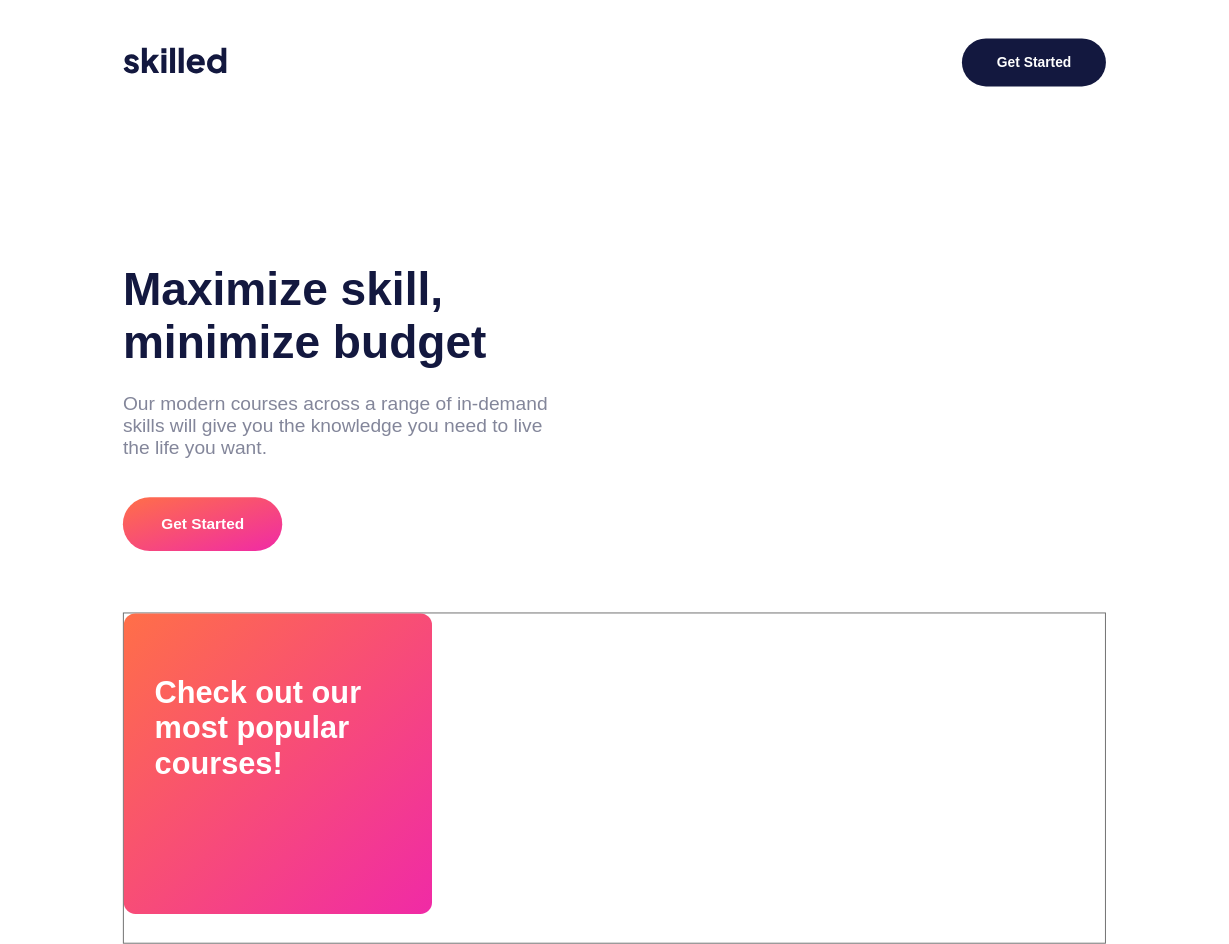
Repository: exe-walt/E-Learning-Landing-Page
Page: index.html
An editor plug-in stored every save of this project. The page is shown before and after the next save, followed by the edit.
The browser window is 1280 px wide. The pictures show the whole page, at 96% of full size.
Some web fonts or font styles are not loaded; a fallback is used.

Above is the page before, as saved 2025-05-29 12:26:52.

### index.html
<!DOCTYPE html> <!-- Document type declaration for HTML5 -->
<html lang="en">
<head>
  <meta charset="UTF-8"> <!-- Character encoding set to UTF-8 -->
  <meta name="viewport" content="width=device-width, initial-scale=1.0"> <!-- Responsive design meta tag -->
  <title>Skilled E-Learning Page</title> <!-- Page title -->
  <link rel="stylesheet" href="css/style.css"> <!-- Link to external CSS file -->
  <link href="https://fonts.cdnfonts.com/css/plus-jakarta-sans" rel="stylesheet"> <!-- Import custom font -->
</head>
<body>
  <div class="content-container"> <!-- Main content container -->

    <!-- NAVBAR SECTION -->
    <div class="navbar">
      <ul>
        <li id="logo">
          <img src="img/skilled-logo.svg" alt="logo">
        </li>
        <li class="navbar-btn">
          <button>Get Started</button> <!-- Call-to-action button -->
        </li>
      </ul>
    </div>

    <!-- HERO SECTION -->
    <div class="hero-section">
      <div class="hero-text">
        <h1>Maximize skill, <br>minimize budget</h1>

        <p>
          Our modern courses across a range of in-demand <br> skills will give you the knowledge you need to live <br> the life you want.
        </p>

        <button class="grad-btn1">Get Started</button>
      </div>
    </div>

    <!--Popular Courses Cards-->
    <div class="cc"> <!--Courses-Container top-->
      <div class="main-left">
        <p>Check out our <br>most popular <br>courses! </p>
      </div>
      <div class="animation-card"></div>
      <div class="design-card"></div>
      <div class="photography"></div>
      <div class="crypto"></div>
      <div class="business"></div>
    </div>




  </div>

</body>
</html>

### css/style.css
* {
  box-sizing: border-box;
  margin: 0;
  padding: 0;
  font-family: "Plus Jakarta Sans", sans-serif;
}

.navbar, .hero-section{
  background-image: url(../img/Group19.png);
}

body {
  font-family: "Plus Jakarta Sans", sans-serif;
  margin: 0;
  display: flex;
  justify-content: center;
  align-items: center;
}

.content-container {
  background-color: #ffffff;
  max-width: 75em;
  width: 80%;
  height: auto;
  margin: 0 auto;
}

.navbar {
  display: flex;
  justify-content: space-between;
  align-items: center;
  background-color: white;
  margin-top: 2.5em;
}

.navbar ul {
  display: flex;
  align-items: center;
  justify-content: space-between;
  width: 100%;
  list-style: none;
}

#logo img {
  height: 1.75em;
  width: auto;
}

.navbar-btn button {
  background-color: #13183f;
  color: white;
  width: 10.4em;
  height: 3.5em;
  border: none;
  border-radius: 1.8em;
  padding: 0.6rem 1.5rem;
  font-weight: 600;
  font-size: 0.9rem;
  cursor: pointer;
  transition: background-color 0.3s ease;
}

.navbar-btn button:hover {
  background-color: #666CA3;
}

.hero-section {
  display: flex;
}

.hero-text {
  margin-top: 11.5em;
}

.hero-text h1 {
  font-weight: 800; /* ExtraBold */
  font-size: 3rem;
  color: #13183f;
}

.hero-text p {
  font-weight: 400; /* Medium */
  font-size: 1.25rem;
  color: #83869a;
  padding-top: 1.25em;
}

.grad-btn1{
  width: 10.4em;
  height: 3.5em;
  border: none;
  border-radius: 1.8em;
  color: white;
  font-weight: 700;
  font-size: 1em;
  padding: 0.6rem 1.5rem;
  margin-top: 2.5em;
  background: linear-gradient(to bottom right, #FF6F48, #F02AA6);
}

.cc{
  display: grid;
  gap: 10px 20px;
  grid-template-columns: repeat(3, 1fr);
  gap: 30px;
  border: 1px solid #6d6d6d;
  margin-top: 4em;
  background: linear-gradient(to bottom right, #FFFFFF, F0F1FF);
}


.main-left{
  border-radius: 12px;
  background: linear-gradient(to bottom right, #FF6F48, #F02AA6);; /* apply this gradient (#FF6F48 - F02AA6) */
}

.main-left p{
  font-size: 2em;
  font-weight: bolder;
  color: white;
  padding-top: 64px;
  padding-left: 32px;
  padding-right: 32px;
  padding-bottom: 138px;
  justify-content: center;
}

After the next save:
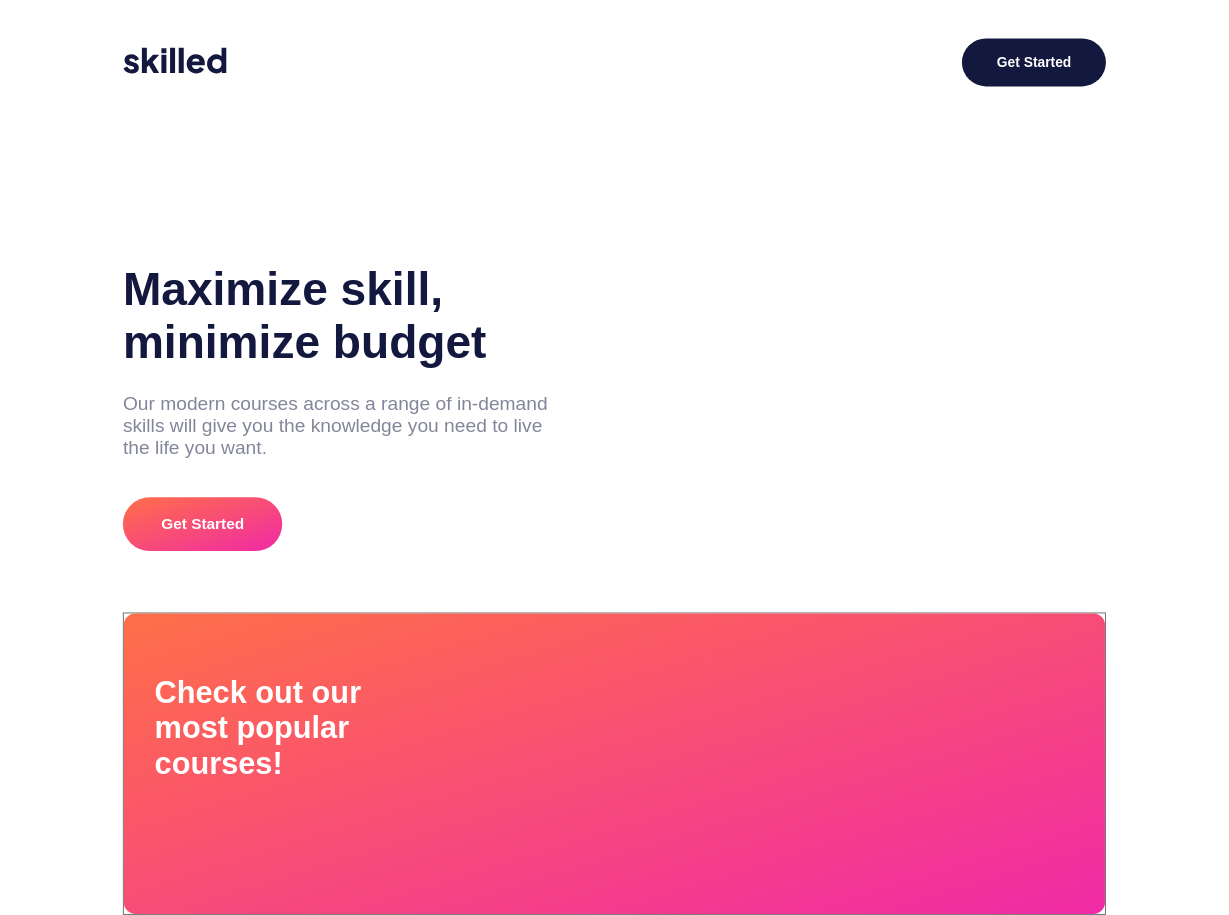
Saved 118 s later.
--- a/css/style.css
+++ b/css/style.css
@@ -99,10 +99,7 @@
 }
 
 .cc{
-  display: grid;
-  gap: 10px 20px;
-  grid-template-columns: repeat(3, 1fr);
-  gap: 30px;
+
   border: 1px solid #6d6d6d;
   margin-top: 4em;
   background: linear-gradient(to bottom right, #FFFFFF, F0F1FF);

After the save that followed:
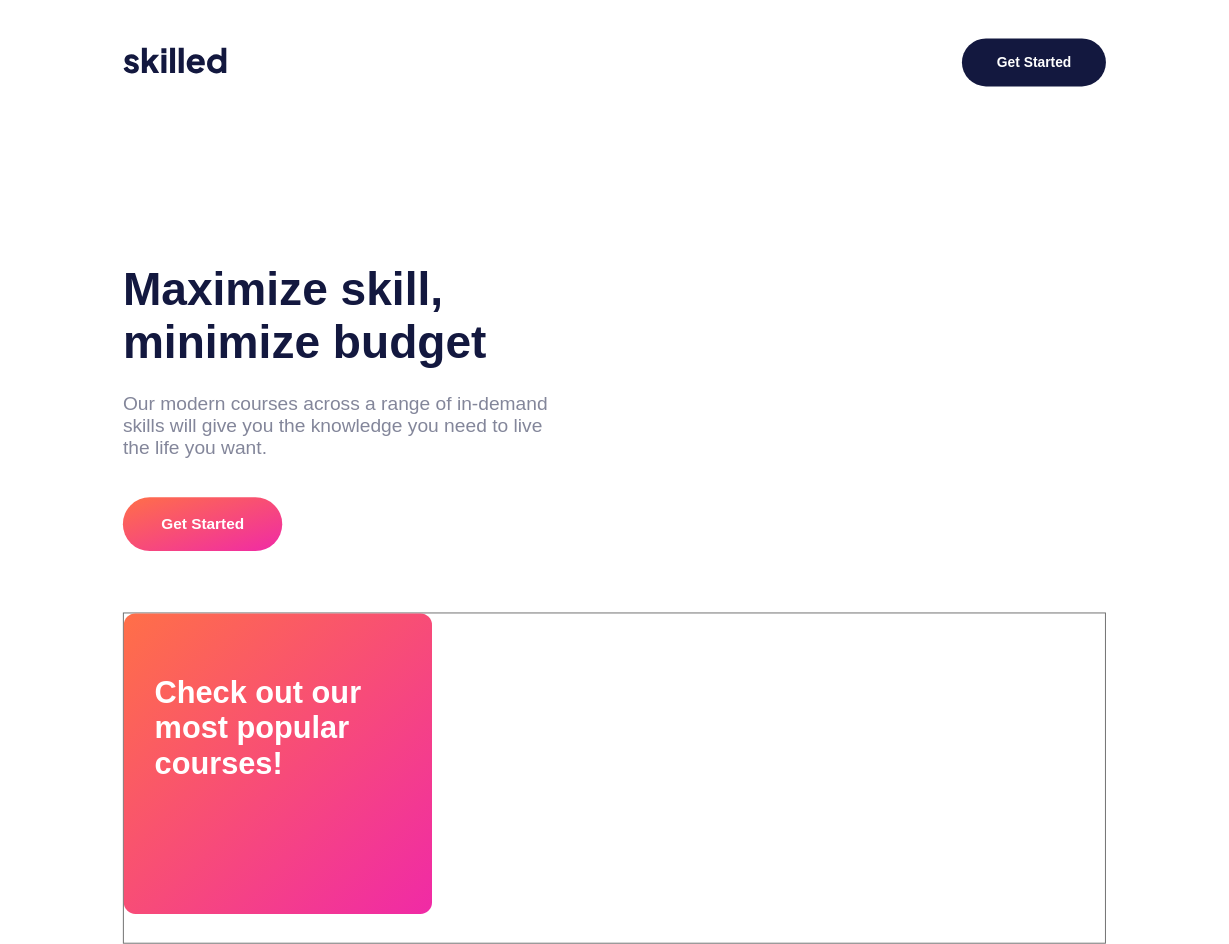
Saved 6 s later.
--- a/css/style.css
+++ b/css/style.css
@@ -99,7 +99,10 @@
 }
 
 .cc{
-
+  display: grid;
+  gap: 10px 20px;
+  grid-template-columns: repeat(3, 1fr);
+  gap: 30px;
   border: 1px solid #6d6d6d;
   margin-top: 4em;
   background: linear-gradient(to bottom right, #FFFFFF, F0F1FF);
